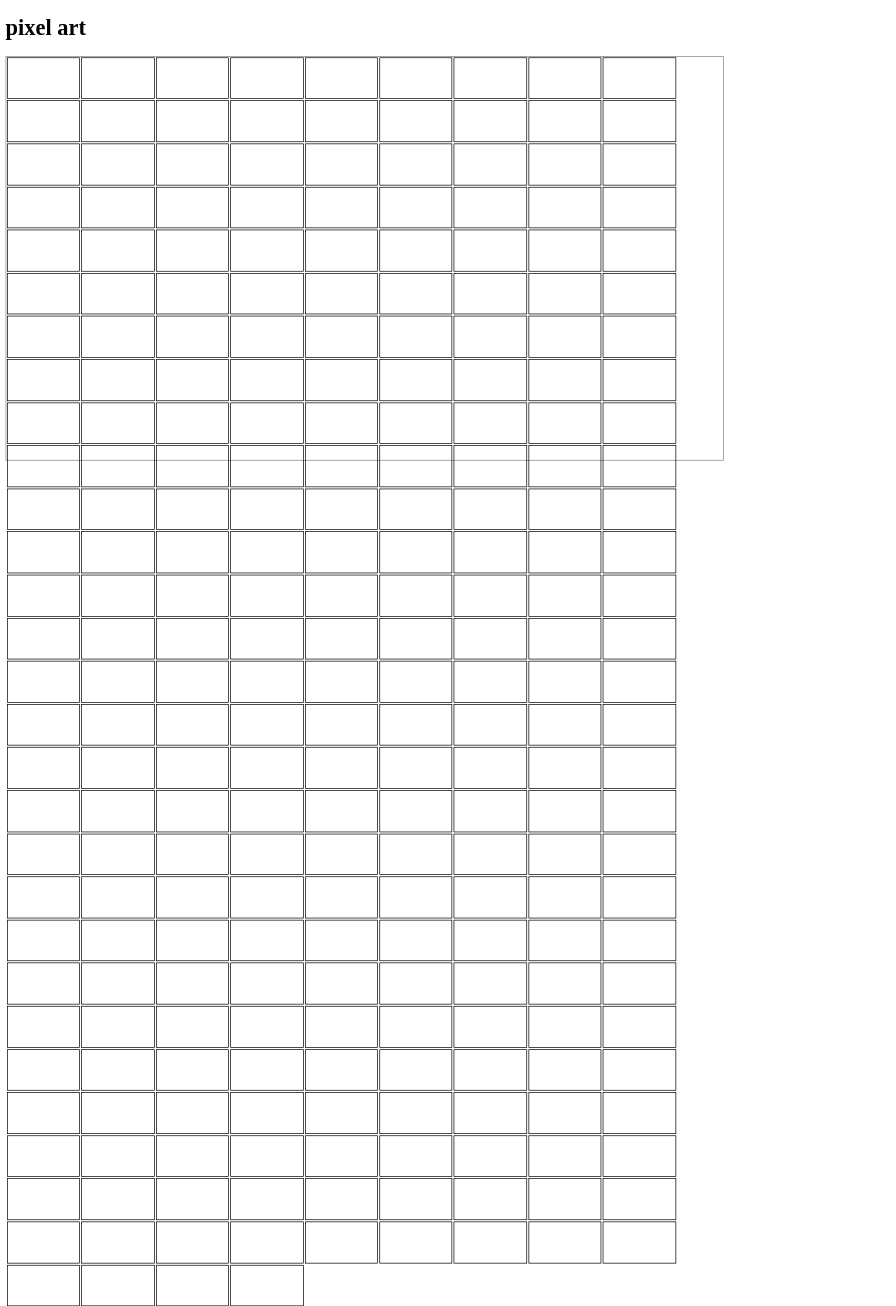
Repository: bechara611/pixelartdb
Page: /
An editor plug-in stored every save of this project. The page is shown before and after the next save, followed by the edit.
The browser window is 1280 px wide. The pictures show the whole page, at 70% of full size.
The project was rebuilt for these pictures with package versions that can differ from the ones it lists, and the page was loaded fresh each time. Also part of the build but not shown: vite.config.js.

Above is the page before, as saved 2023-03-05 19:41:19.

After the next save:
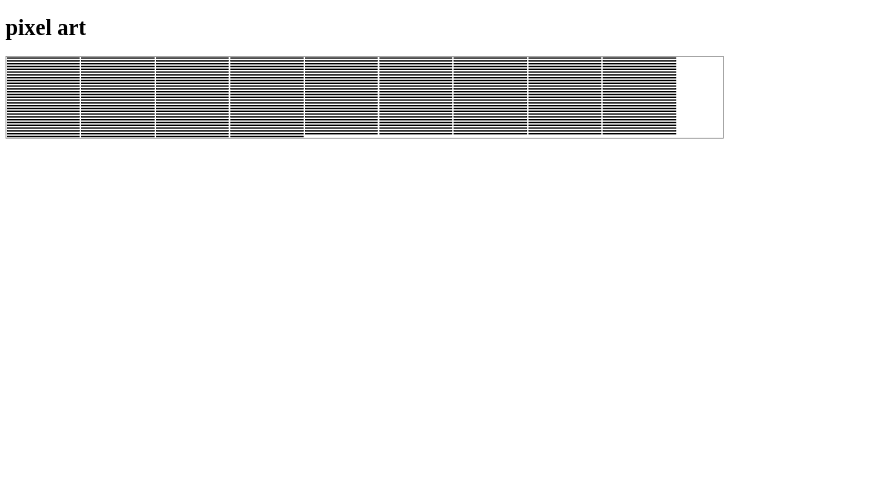
Saved 25 s later.
--- a/src/App.css
+++ b/src/App.css
@@ -17,6 +17,6 @@
   flex-wrap: wrap;
   width: fit-content;
   border: 1px solid grey;
-  height: 80vh;
+  height: fit-content
 
 }

After the save that followed:
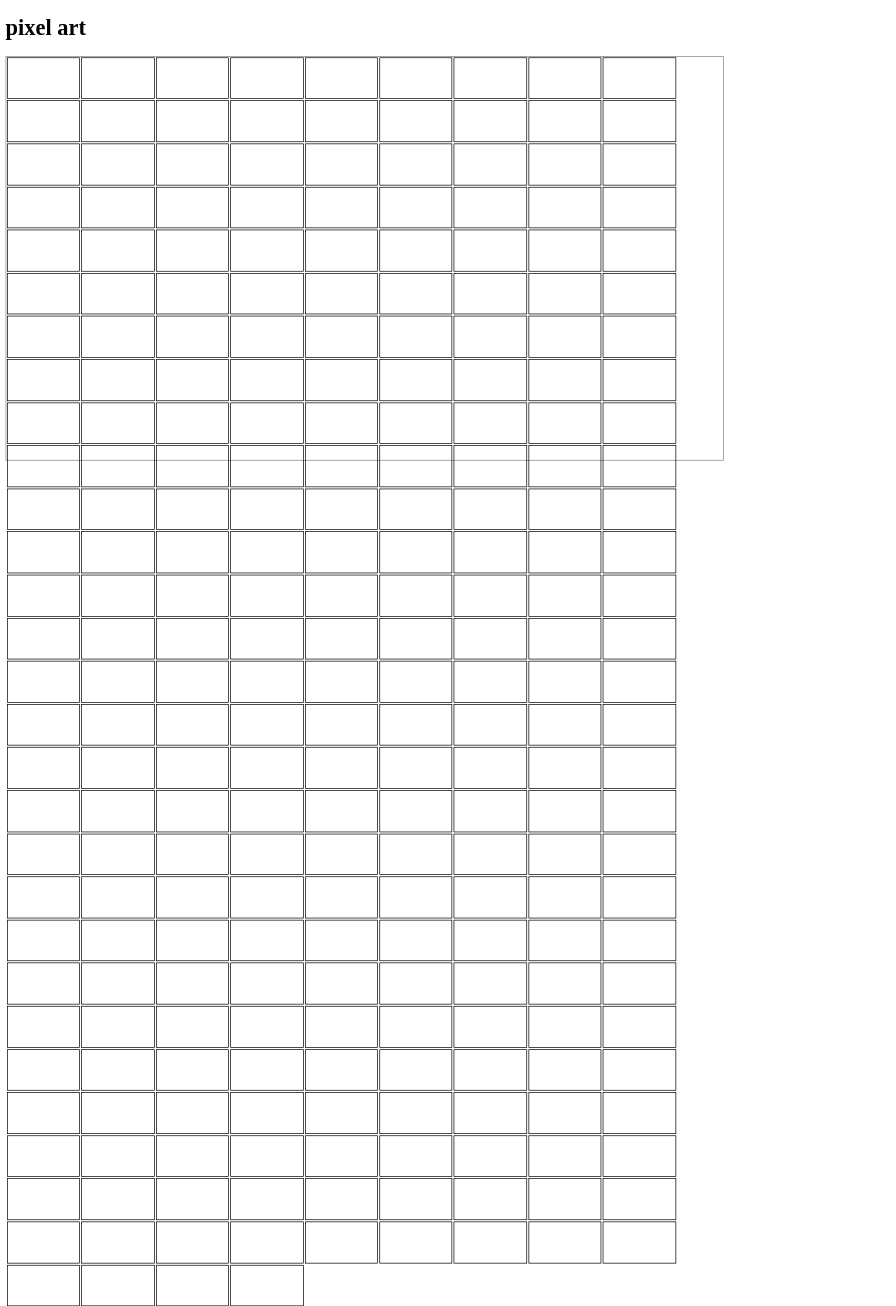
Saved 5 s later.
--- a/src/App.css
+++ b/src/App.css
@@ -17,6 +17,6 @@
   flex-wrap: wrap;
   width: fit-content;
   border: 1px solid grey;
-  height: fit-content
+  height: 80vh;
 
 }
